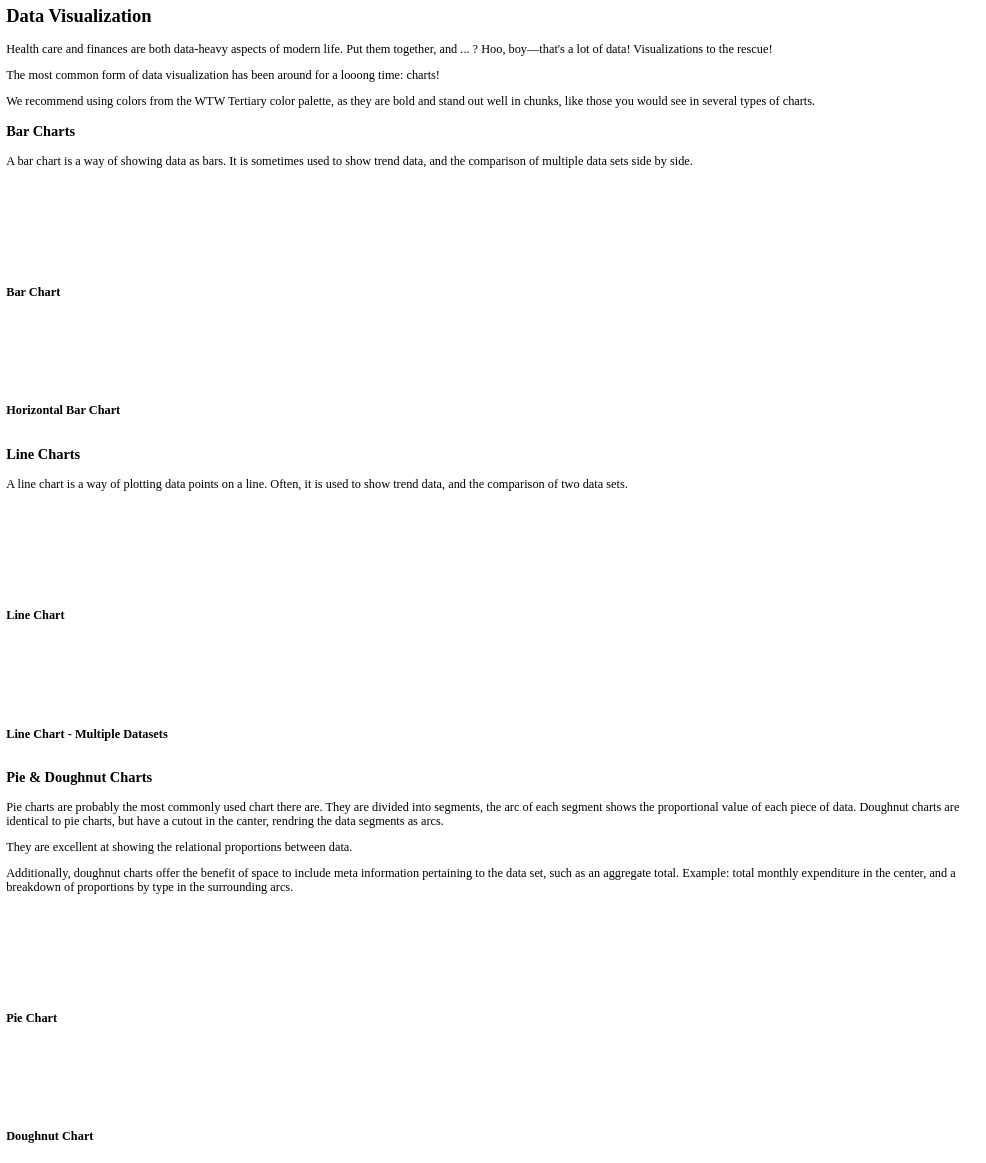
Repository: WTW-IM/bda-ui-toolkit
Page: docs/_includes/media/data-viz.html
The author's editor kept a record of every edit. The page is drawn from the files as they stood at one moment, then again after the next edit.
The browser window is 1280 px wide. The pictures show the whole page, at 77% of full size.

Above is the page before.

### docs/_includes/media/data-viz.html
<div class="bs-docs-section">
  <h2 id="data-viz" class="page-header">Data Visualization</h2>
  <p class="lead">Health care and finances are both data-heavy aspects of modern life. Put them together, and ... ? Hoo, boy&mdash;that's a lot of data! Visualizations to the rescue!</p>
  <p>The most common form of data visualization has been around for a looong time: charts!</p>
  <p>We recommend using colors from the WTW Tertiary color palette, as they are bold and stand out well in chunks, like those you would see in several types of charts.</p>

  <h3>Bar Charts</h3>
  <p>A bar chart is a way of showing data as bars. It is sometimes used to show trend data, and the comparison of multiple data sets side by side.</p>

  <div class="bs-examples" data-example-id="data-viz-ex-bar">
    <div class="ex-column">
      <strong>Bar Chart</strong>
      <canvas id="chart-ex-bar"></canvas>
    </div>
    <div class="ex-column">
      <strong>Horizontal Bar Chart</strong>
      <canvas id="chart-ex-bar-horiz"></canvas>
    </div>
    <br clear="both">
  </div>

  <h3>Line Charts</h3>
  <p>A line chart is a way of plotting data points on a line. Often, it is used to show trend data, and the comparison of two data sets.</p>

  <div class="bs-examples" data-example-id="data-viz-ex-line">
    <div class="ex-column">
      <strong>Line Chart</strong>
      <canvas id="chart-ex-line"></canvas>
    </div>
    <div class="ex-column">
      <strong>Line Chart - Multiple Datasets</strong>
      <canvas id="chart-ex-line-multi"></canvas>
    </div>
    <br clear="both">
  </div>

  <h3>Pie &amp; Doughnut Charts</h3>
  <p>Pie charts are probably the most commonly used chart there are. They are divided into segments, the arc of each segment shows the proportional value of each piece of data. Doughnut charts are identical to pie charts, but have a cutout in the canter, rendring the data segments as arcs.</p>
  <p>They are excellent at showing the relational proportions between data.</p>
  <p>Additionally, doughnut charts offer the benefit of space to include meta information pertaining to the data set, such as an aggregate total. Example: total monthly expenditure in the center, and a breakdown of proportions by type in the surrounding arcs.</p>

  <div class="bs-examples" data-example-id="data-viz-ex-pie">
    <div class="ex-column">
      <strong>Pie Chart</strong>
      <canvas id="chart-ex-pie"></canvas>
    </div>
    <div class="ex-column">
      <strong>Doughnut Chart</strong>
      <canvas id="chart-ex-donut"></canvas>
    </div>
    <br clear="both">
  </div>

  <!--<h3>Radar Charts</h3>-->
  <!--<p>A radar chart is a way of showing multiple data points and the variation between them. They are often useful for comparing the points of two or more different data sets.</p>-->

  <!--<div class="bs-example" data-example-id="data-viz-ex-radar">-->
  <!--  <canvas id="chart-ex-radar" width="400" height="400"></canvas>-->
  <!--</div>-->

  <!--<h3>Polar Area Charts</h3>-->
  <!--<p>Polar area charts are similar to pie charts, but each segment has the same angle - the radius of the segment differs depending on the value.</p>-->
  <!--<p>This type of chart is often useful when we want to show a comparison data similar to a pie chart, but also show a scale of values for context.</p>-->

  <!--<div class="bs-example" data-example-id="data-viz-ex-polar">-->
  <!--  <canvas id="chart-ex-polar" width="400" height="400"></canvas>-->
  <!--</div>-->
</div>

After the next edit:
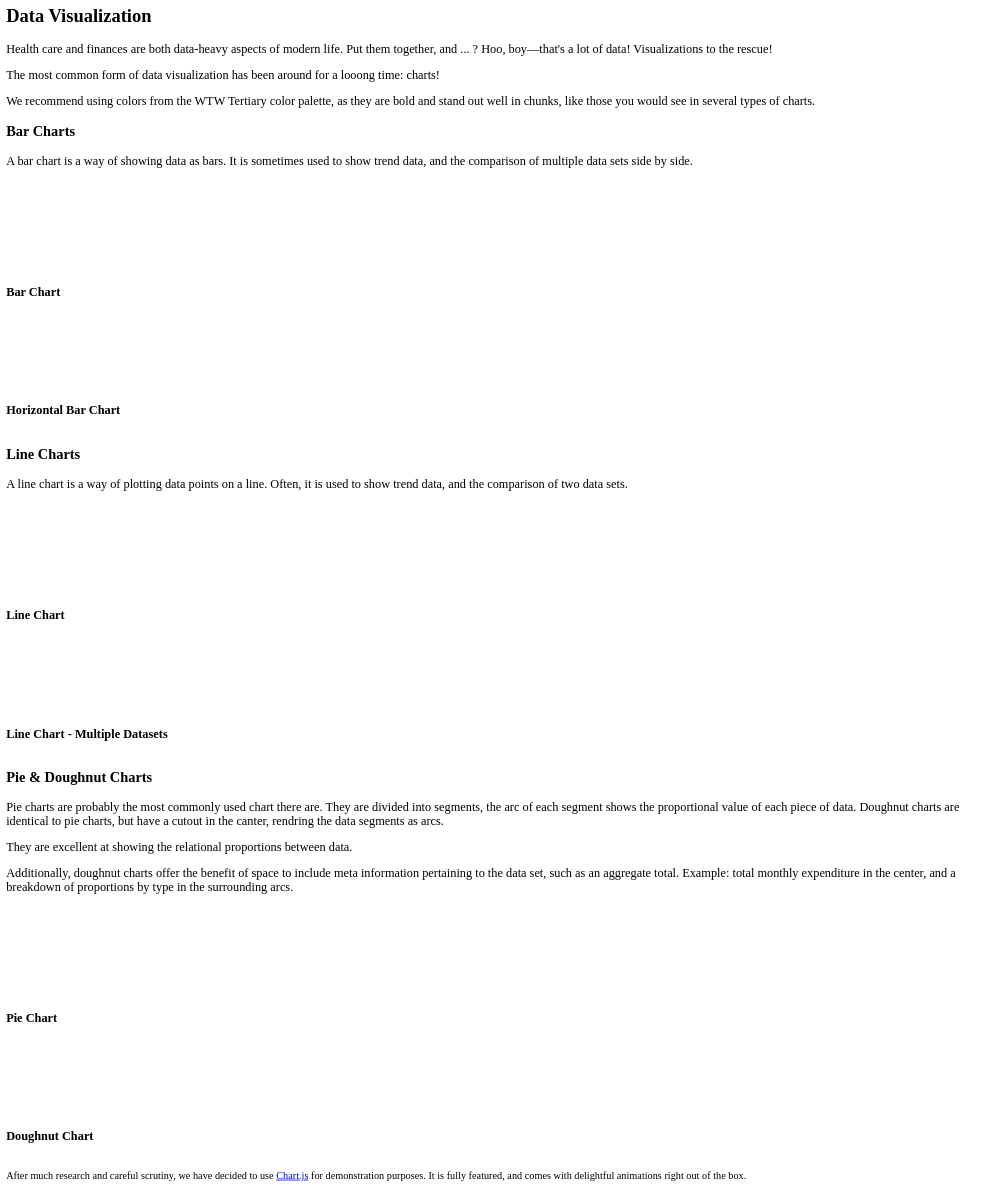
The edit:
--- a/docs/_includes/media/data-viz.html
+++ b/docs/_includes/media/data-viz.html
@@ -65,4 +65,7 @@
   <!--<div class="bs-example" data-example-id="data-viz-ex-polar">-->
   <!--  <canvas id="chart-ex-polar" width="400" height="400"></canvas>-->
   <!--</div>-->
+
+  <p><small>After much research and careful scrutiny, we have decided to use <a href="http://www.chartjs.org/" target="_blank">Chart.js</a> for demonstration purposes. It is fully featured, and comes with delightful animations right out of the box.</small></p>
+
 </div>
